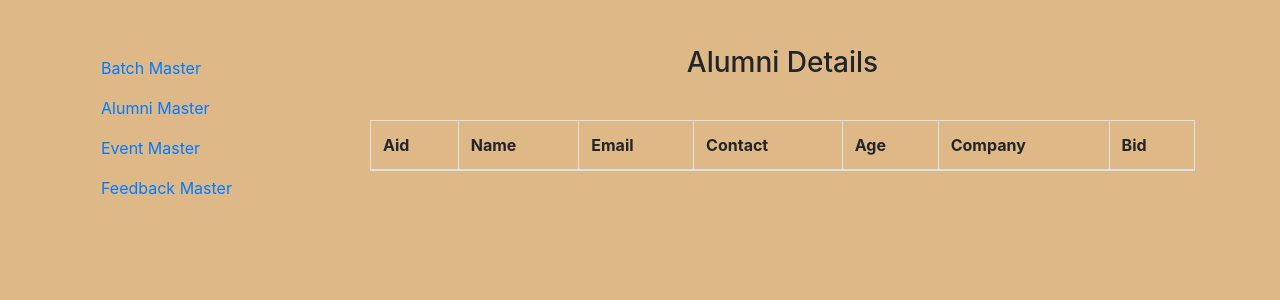
Repository: Shreyash1107/Web_Projects
Page: http://localhost/AlumnieventmanagementApplication/Viewalumni.jsp
The author's editor kept a copy of each file at every save. The page is drawn from the files as they stood at one save, then again after the next save.
The browser window is 1280 px wide. The pictures show the whole page.
The page is served by Tomcat 9. Nobody is signed in. The application's start-up code is not run. Queries for data that is not in the repository find no rows.

Above is the page before, as saved 2024-07-30 18:47:10.

After the next save:
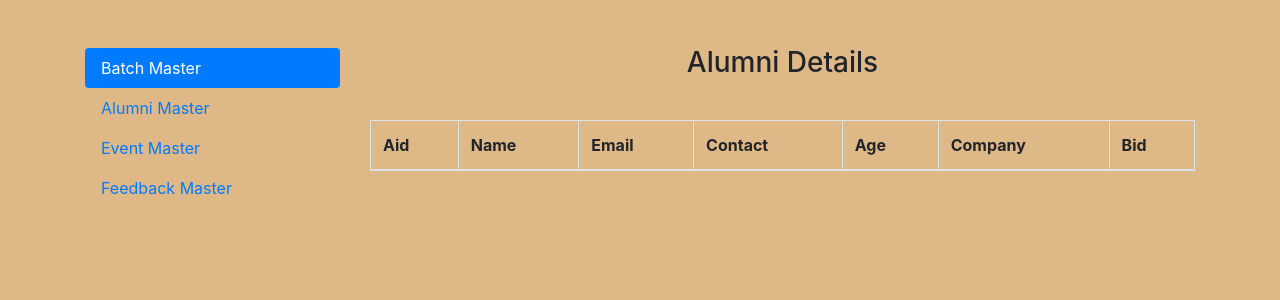
Saved 18 min 8 s later.
--- a/AlumnieventmanagementApplication/src/main/webapp/Viewalumni.jsp
+++ b/AlumnieventmanagementApplication/src/main/webapp/Viewalumni.jsp
@@ -20,7 +20,7 @@
 			<div class="col-md-3">
 				<div class="nav flex-column nav-pills menubar" id="v-pills-tab"
 					role="tablist" aria-orientation="vertical">
-					<a class="nav-link" id="v-pills-home-tab" data-toggle="pill"
+					<a class="nav-link active" id="v-pills-home-tab" data-toggle="pill"
 						href="index.jsp" role="tab" aria-controls="v-pills-home"
 						aria-selected="true">Batch Master</a> <a class="nav-link"
 						id="v-pills-profile-tab" data-toggle="pill"
